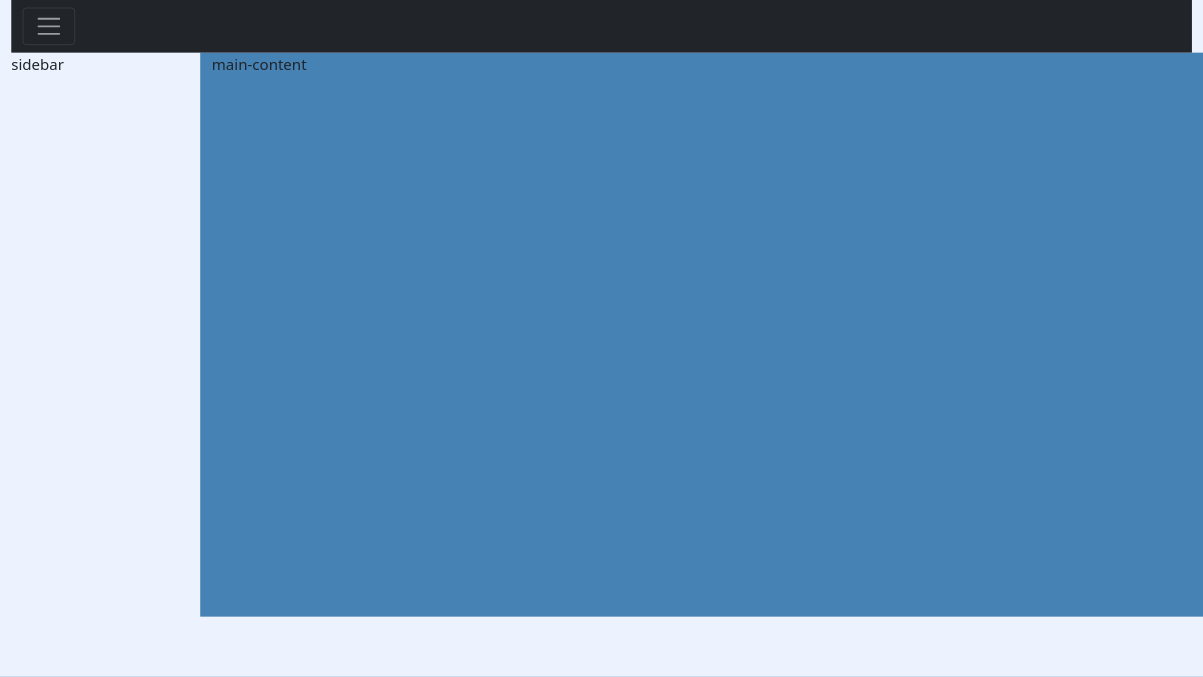
Repository: Dayvid0/BOOTSTRAP-TUTORIALS
Page: cosmos.example.html
These files come from the project's save history. The page is drawn as it stood at one moment and after the next save; the edit follows.
The browser window is 1280 px wide. The pictures show the whole page, at 94% of full size.

Above is the page before, as saved 2025-01-29 09:03:05.

After the next save:
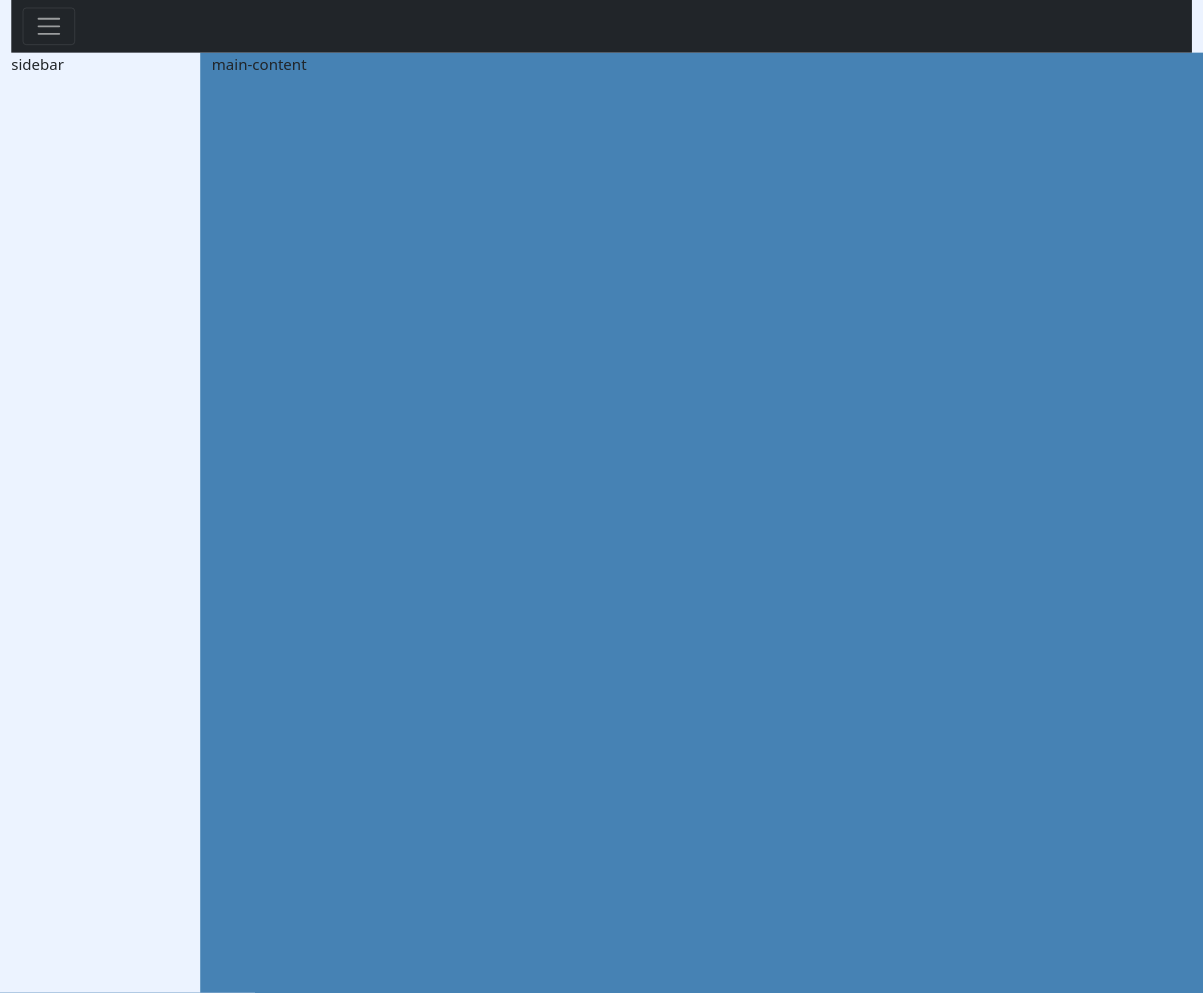
Saved 13 s later.
--- a/cosmos.example.html
+++ b/cosmos.example.html
@@ -15,7 +15,7 @@
         background-color: #4682b4 ;
       }
       .sidebar {
-        min-height: 600px;
+        min-height: 1000px;
       }
     </style>
   </head>
